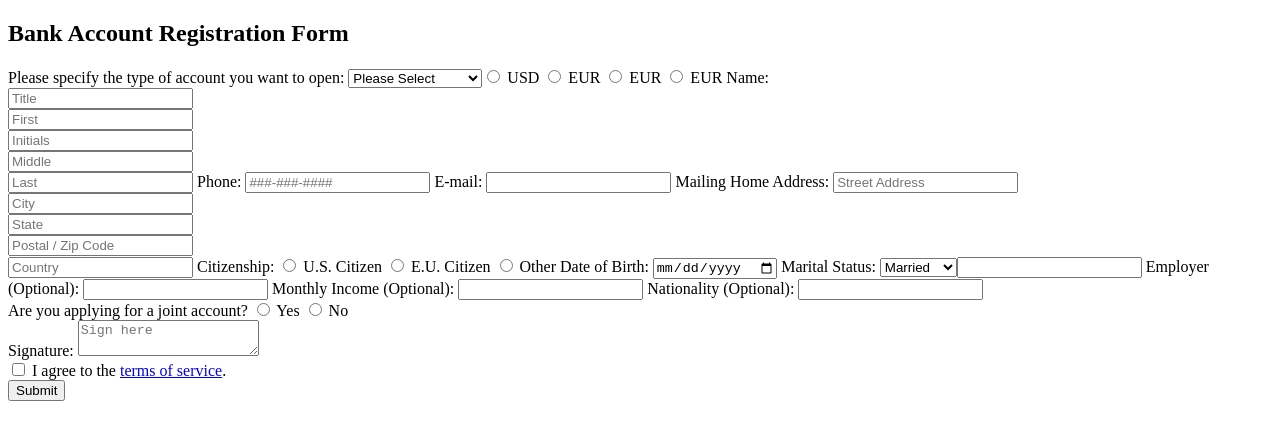
Repository: hizeetech/First-Assignment
Page: sign_up.html
An editor plug-in stored every save of this project. The page is shown before and after a run of saves, followed by the edit.
The browser window is 1280 px wide. The pictures show the whole page.

Above is the page before, as saved 2024-11-09 01:58:14.

### sign_up.html
<!DOCTYPE html>
<html lang="en">
<head>
    <meta charset="UTF-8">
    <meta name="viewport" content="width=device-width, initial-scale=1.0">
    <title>Bank Account Registration Form</title>

</head>
<body>

    <h2>Bank Account Registration Form</h2>
    <form action="#" method="post">

            <label for="account-type">Please specify the type of account you want to open:</label>
            <select id="account-type" name="account_type" required>
                <option value="">Please Select</option>
                <option value="savings">Savings Account</option>
                <option value="current">Current Account</option>
                <option value="corporate">Corporate Account</option>


            <label>Currency:</label>
            <label><input type="radio" name="currency" value="NGN" required> USD</label>
            <label><input type="radio" name="currency" value="USD"> EUR</label>
            <label><input type="radio" name="currency" value="EUR"> EUR</label>
            <label><input type="radio" name="currency" value="POUNDS"> EUR</label>


            <label for="title">Name:</label>
            <div class="inline"><input type="text" id="title" name="title" placeholder="Title"></div>
            <div class="inline"><input type="text" name="first_name" placeholder="First" required></div>
            <div class="inline"><input type="text" name="initials" placeholder="Initials"></div>
            <div class="inline"><input type="text" name="middle_name" placeholder="Middle"></div>
            <input type="text" name="last_name" placeholder="Last" required>


            <label for="phone">Phone:</label>
            <input type="tel" id="phone" name="phone" placeholder="###-###-####" required>


            <label for="email">E-mail:</label>
            <input type="email" id="email" name="email" required>


            <label for="address">Mailing Home Address:</label>
            <input type="text" id="address" name="address" placeholder="Street Address" required>
            <div class="inline"><input type="text" name="city" placeholder="City" required></div>
            <div class="inline"><input type="text" name="state" placeholder="State" required></div>
            <div class="inline"><input type="text" name="postal_code" placeholder="Postal / Zip Code" required></div>
            <input type="text" name="country" placeholder="Country" required>


            <label>Citizenship:</label>
            <label><input type="radio" name="citizenship" value="US" required> U.S. Citizen</label>
            <label><input type="radio" name="citizenship" value="EU"> E.U. Citizen</label>
            <label><input type="radio" name="citizenship" value="other"> Other</label>


            <label for="dob">Date of Birth:</label>
            <input type="date" id="dob" name="dob" required>


            <label for="marital-status">Marital Status:</label>
            <select id="marital-status" name="marital_status" required>
                <option value="married">Married</option>
                <option value="single">Single</option>
                <option value="divorced">Divorced</option>
                <option value="widowed">Widowed</option>

            <label for="occupation">Occupation:</label>
            <input type="text" id="occupation" name="occupation" required>


            <label for="employer">Employer (Optional):</label>
            <input type="text" id="employer" name="employer">


            <label for="income">Monthly Income (Optional):</label>
            <input type="text" id="income" name="monthly_income">


            <label for="nationality">Nationality (Optional):</label>
            <input type="text" id="nationality" name="nationality">
        </div>
        <div class="form-group joint-account">
            <label>Are you applying for a joint account?</label>
            <label><input type="radio" name="joint_account" value="yes"> Yes</label>
            <label><input type="radio" name="joint_account" value="no"> No</label>
        </div>

        <!-- Signature and Terms -->
        <div class="form-group">
            <label for="signature">Signature:</label>
            <textarea id="signature" name="signature" placeholder="Sign here" rows="2" required></textarea>
        </div>
        <div class="form-group terms">
            <input type="checkbox" id="terms" name="terms" required>
            <label for="terms">I agree to the <a href="#">terms of service</a>.</label>
        </div>

        <!-- Submit Button -->
        <button type="submit" class="submit-btn">Submit</button>
    </form>
</div>

</body>
</html>

After the next 2 saves:
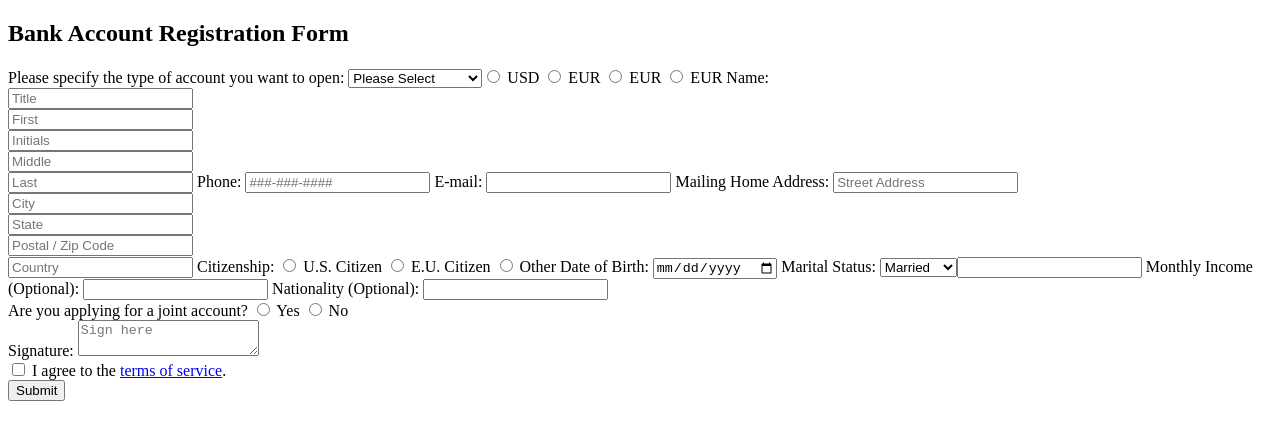
The 2 saves are shown as one change because they came seconds apart.
The last was saved 40 s later.
--- a/sign_up.html
+++ b/sign_up.html
@@ -67,8 +67,6 @@
                 <option value="divorced">Divorced</option>
                 <option value="widowed">Widowed</option>
 
-            <label for="occupation">Occupation:</label>
-            <input type="text" id="occupation" name="occupation" required>
 
 
             <label for="employer">Employer (Optional):</label>
